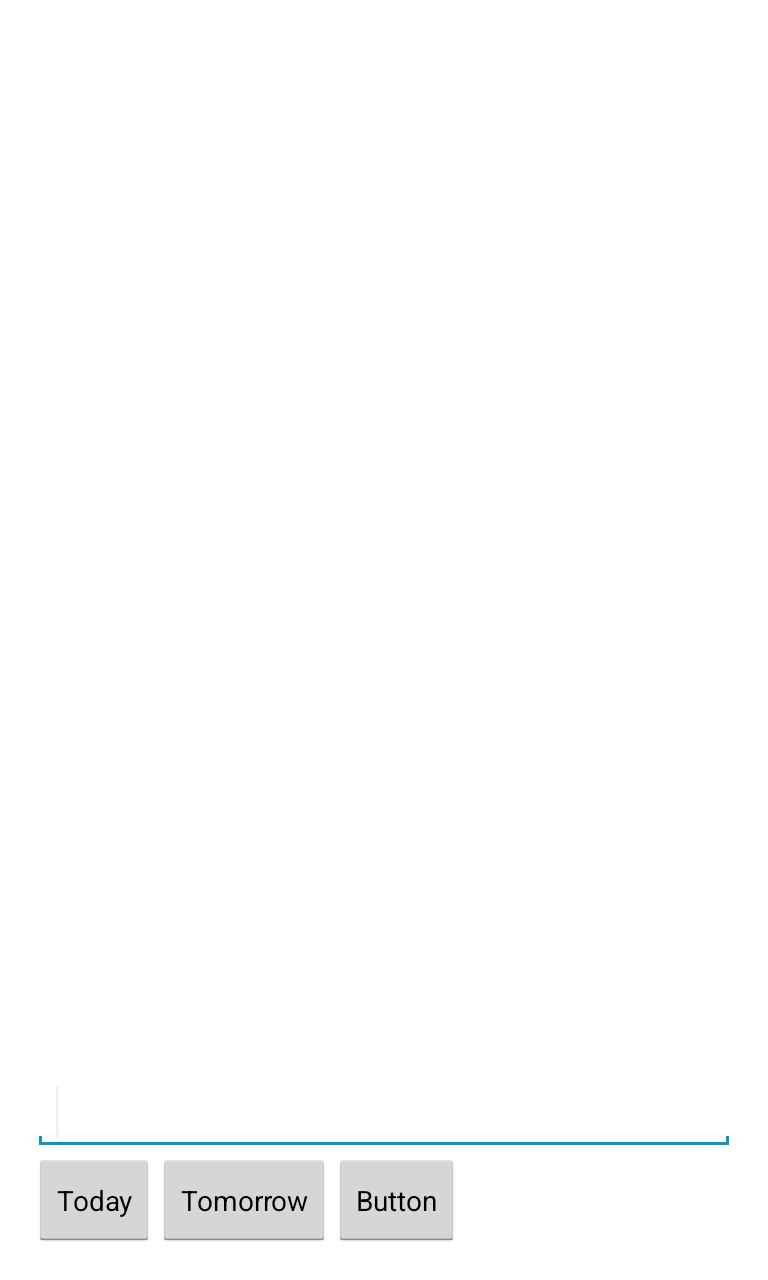
Repository: heatherpriceonline/tapia2014
Layout: Now/res/layout/activity_main.xml
The author's editor kept a copy of each file at every save. The layout is drawn from the files as they stood at one save, then again after the next save.
It is drawn on a 768 x 1280 px phone screen (xhdpi) without system bars, with theme AppTheme; the app's code is not run.

Above is the layout before, as saved 2014-02-08 19:34:59.

After the next save:
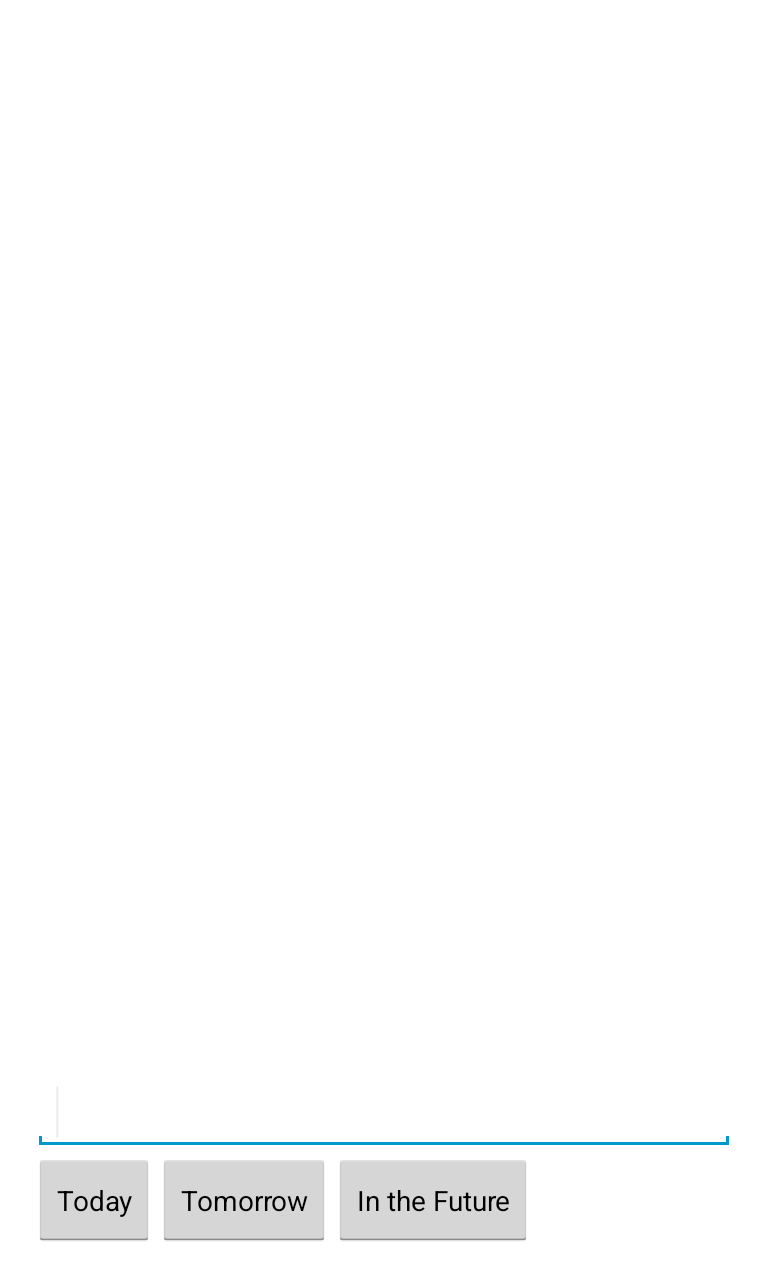
Saved 7 s later.
--- a/Now/res/layout/activity_main.xml
+++ b/Now/res/layout/activity_main.xml
@@ -70,7 +70,7 @@
                             style="?android:attr/buttonStyleSmall"
                             android:layout_width="wrap_content"
                             android:layout_height="wrap_content"
-                            android:text="Button" />
+                            android:text="@string/future" />
 
                     </LinearLayout>
 
